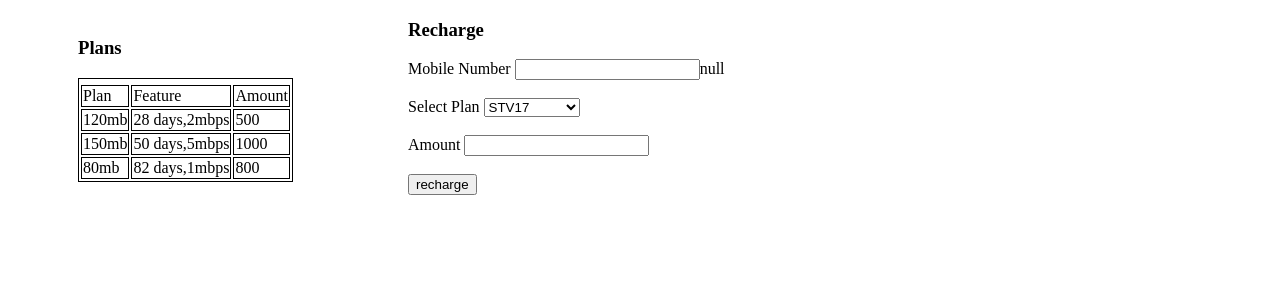
Repository: aishwarya-sankhla/JavaTraining
Page: http://localhost/RechargeAssignment/Plan.jsp
An editor plug-in stored every save of this project. The page is shown before and after the next save, followed by the edit.
The browser window is 1280 px wide. The pictures show the whole page.
The page is served by Tomcat 9.

Above is the page before, as saved 2018-10-08 10:41:06.

After the next save:
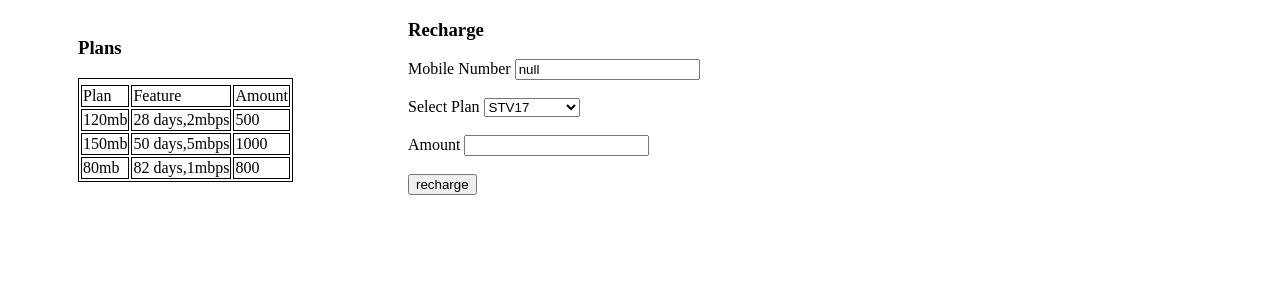
Saved 48 s later.
--- a/RechargeAssignment/WebContent/Plan.jsp
+++ b/RechargeAssignment/WebContent/Plan.jsp
@@ -50,7 +50,7 @@ cell-spacing:60px;
 	<h3>Recharge</h3>
 <form class="form" action="RechargeServlet">
 	<label>Mobile Number</label>
-	<input type="text" name="mobilenum" class="form-control" required="required"/><%=mobileNumber %><br /><br />
+	<input type="text" name="mobilenum" class="form-control" required="required" value="<%=mobileNumber %>"/><br /><br />
 	<label>Select Plan</label>
 	<select name="selectplan" class="form-control">
 		<option value="STV17" <%if((plan!=null)&&plan.equals("STV17")){out.print("selected=selected");} %>>STV17</option>
